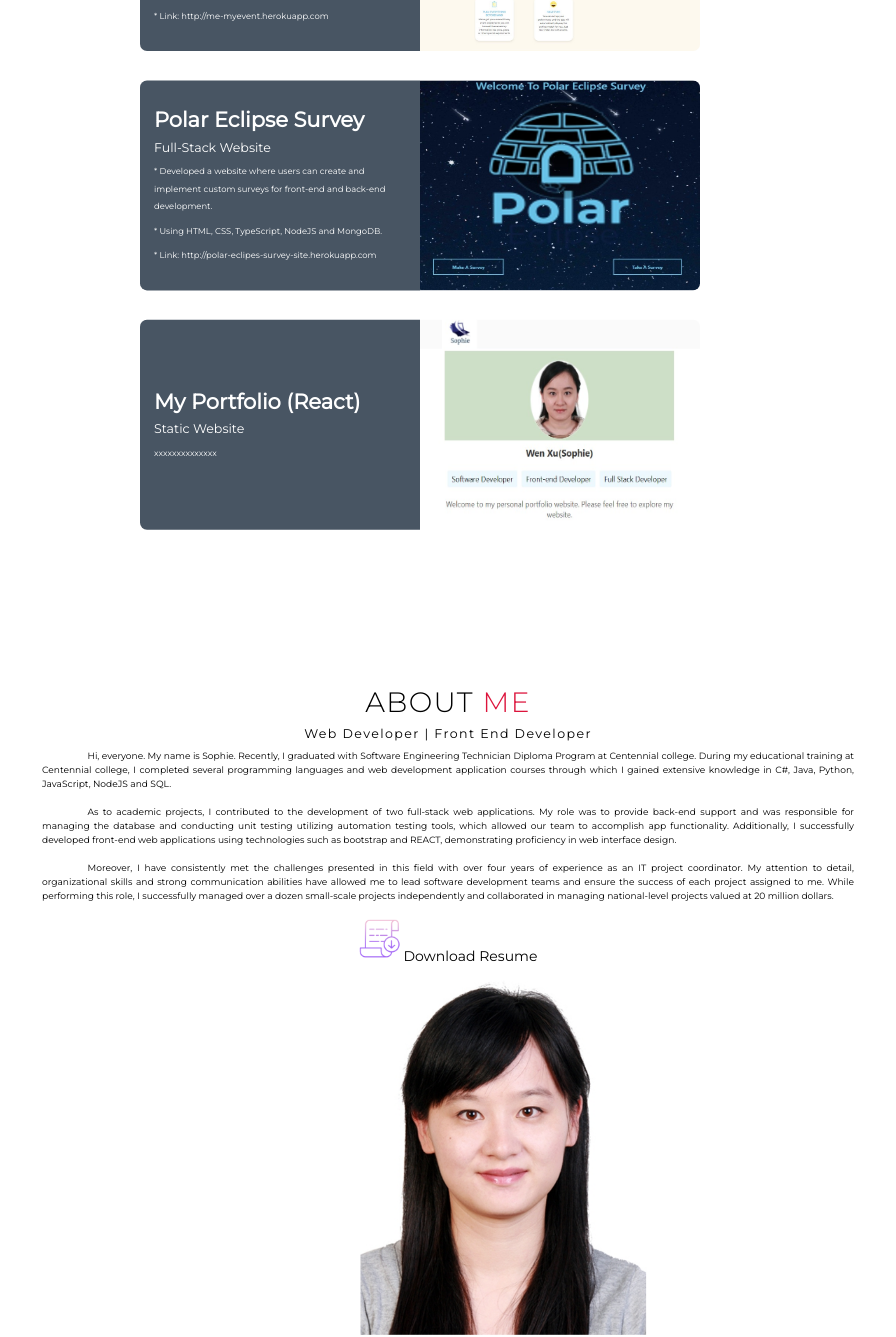
Repository: wenxi0504/StaticWebsite_Profolio
Page: index.html
The author's editor kept a copy of each file at every save. The page is drawn from the files as they stood at one save, then again after the next save.
The browser window is 1280 px wide. The pictures show the part of the page from y = 1167 to 3087 px (the page is 3077 px tall before and 3087 px after), at 70% of full size.

Above is the page before, as saved 2022-03-04 22:48:20.

After the next save:
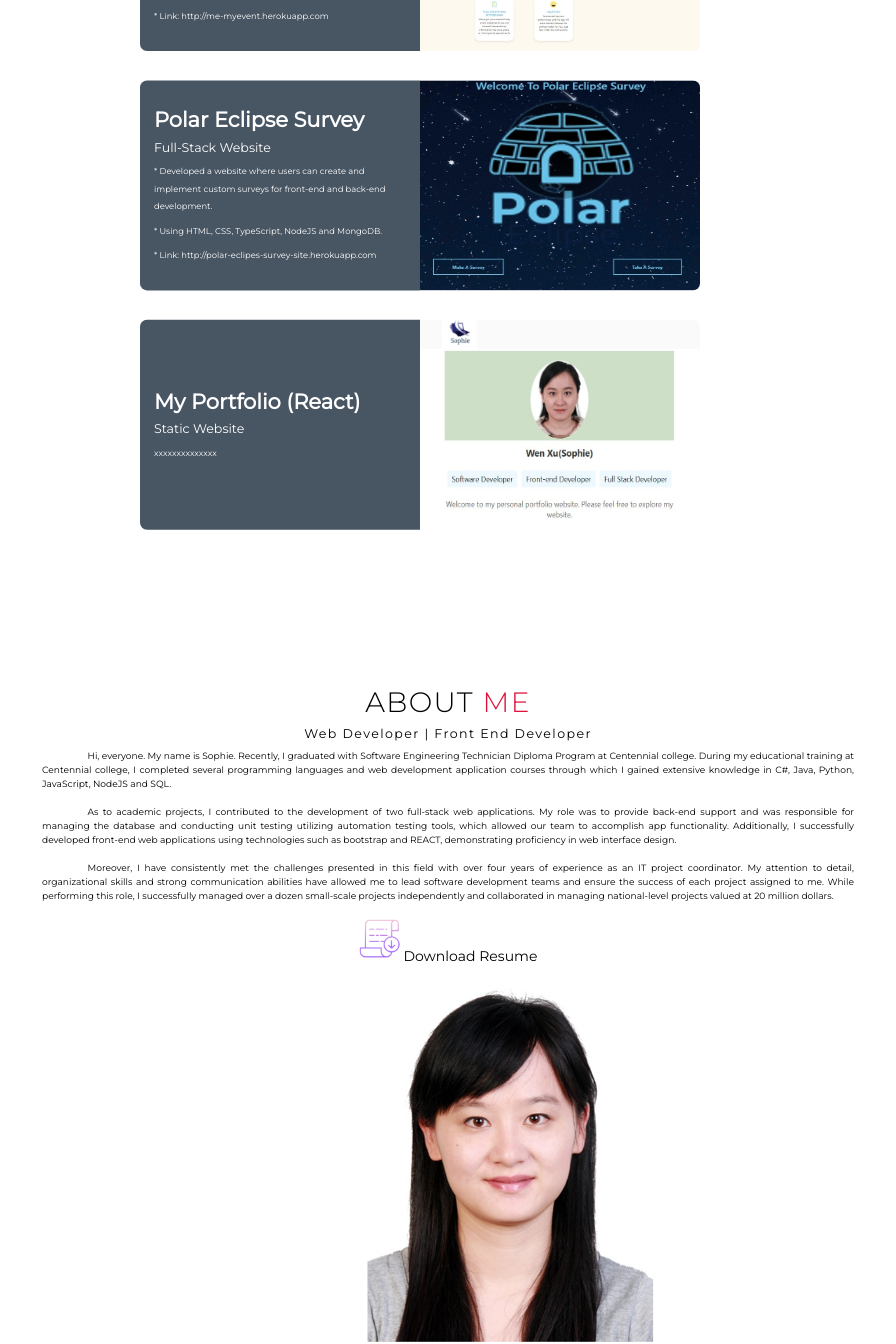
Saved 2 min 0 s later.
--- a/style.css
+++ b/style.css
@@ -290,5 +290,11 @@ animation-delay:0.5s
   font-size: 2rem;
 }
 
+#about .col-left .about-img{
+  height: 100%;
+  width: 100%;
+  position: relative;
+  border:10px solid white;
+}
 
 /* End About Section */
